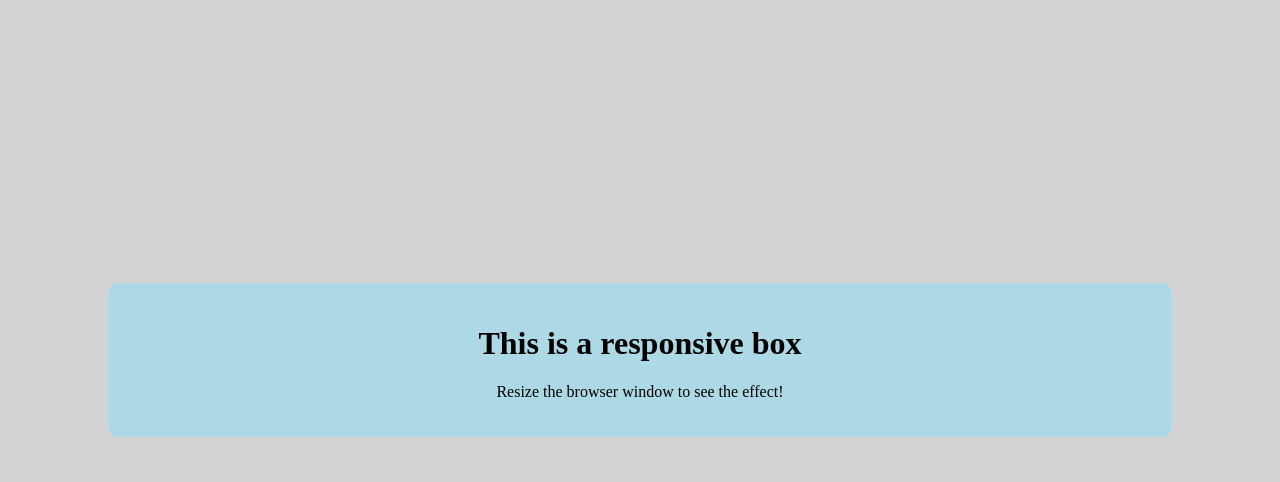
Repository: anjalipatel-dev/web-dev-learning-journey
Page: 06_mediaQuery/index.html
These files come from the project's save history. The page is drawn as it stood at one moment and after the next save; the edit follows.
The browser window is 1280 px wide. The pictures show the whole page.

Above is the page before, as saved 2025-10-11 15:54:49.

### 06_mediaQuery/index.html
<!DOCTYPE html>
<html lang="en">
<head>
    <meta charset="UTF-8">
    <meta name="viewport" content="width=device-width, initial-scale=1.0">
    <title>media query</title>
    <link rel="stylesheet" href="styles.css">
</head>
<body>
    <div class ="responsive-box">
        <h1>This is a responsive box</h1>
        <p>Resize the browser window to see the effect!</p>
    </div>
</body>
</html>

### 06_mediaQuery/styles.css
body{
    padding: 0;
    margin: 0;
    box-sizing: border-box;
    font-family:cursive;
    display: flex;
    justify-content: center;
    align-items: center;
    height: 100vh;
    background-color: lightgrey;
}
.responsive-box{
    width: 80%;
    padding: 20px;
    background-color: lightblue;
    text-align: center;
    border-radius: 10px;
}
@media (max-width: 768px) {
    .responsive-box {
        background-color: lightcoral;
        font-size: 14px;
    }
}
@media (max-width: 600px) {
    .responsive-box {
        background-color: lightgreen;
        font-size: 12px;
        padding: 10px;
    }
}

After the next save:
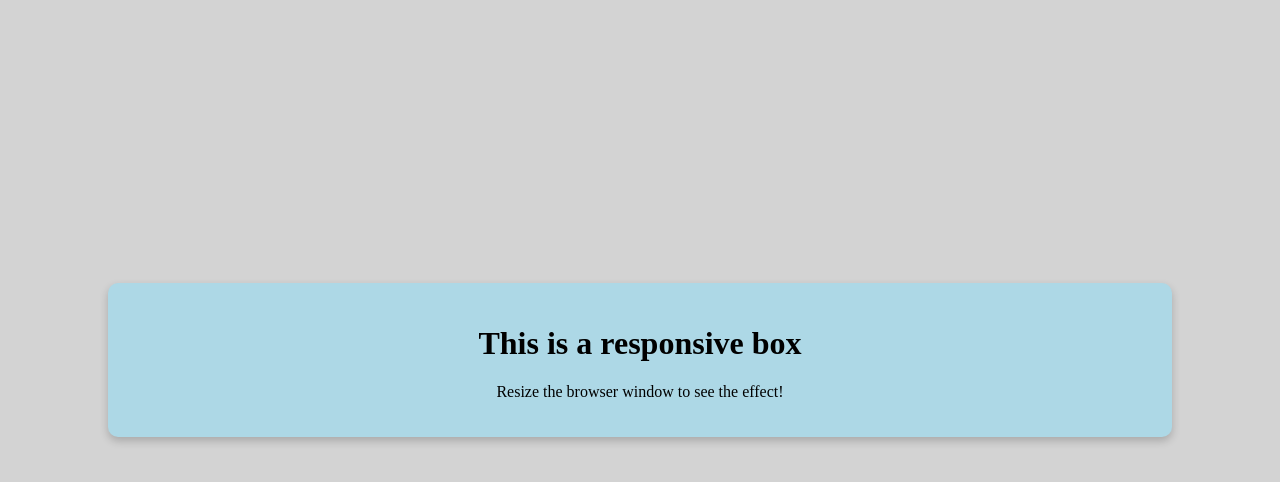
Saved 55 s later.
--- a/06_mediaQuery/styles.css
+++ b/06_mediaQuery/styles.css
@@ -15,6 +15,7 @@
     background-color: lightblue;
     text-align: center;
     border-radius: 10px;
+    box-shadow: 0 4px 8px rgba(0, 0, 0, 0.2);
 }
 @media (max-width: 768px) {
     .responsive-box {
